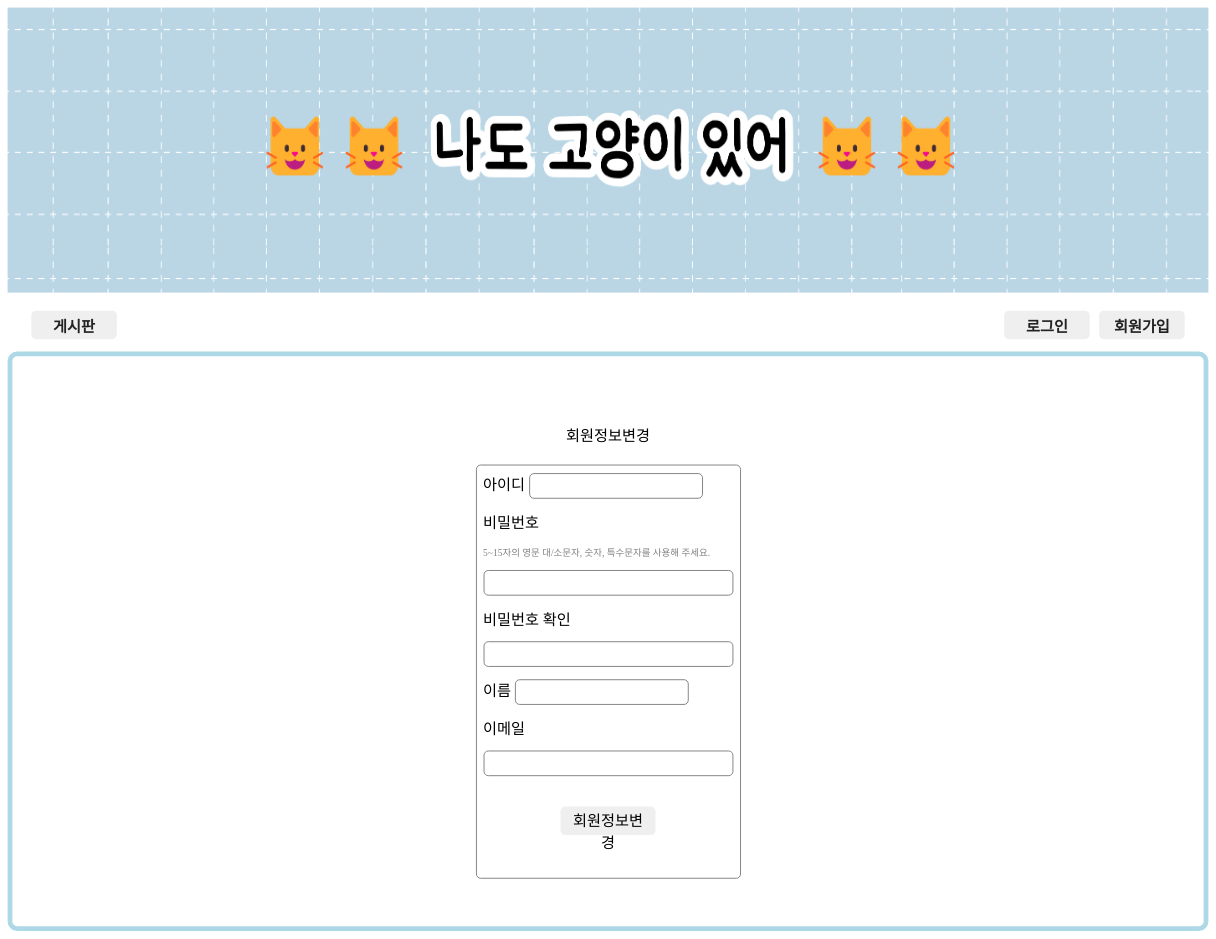
Repository: hh7711/Goit
Page: http://localhost/Goit/WEB-INF/views/memberInfoPage.jsp
An editor plug-in stored every save of this project. The page is shown before and after the next save, followed by the edit.
The browser window is 1280 px wide. The pictures show the whole page, at 95% of full size.
Some web fonts or font styles are not loaded; a fallback is used. The page is served by Tomcat 9. Nobody is signed in. The template is opened directly, without the code that normally fills it, so the values that code supplies are empty.

Above is the page before, as saved 2023-08-06 12:41:43.

After the next save:
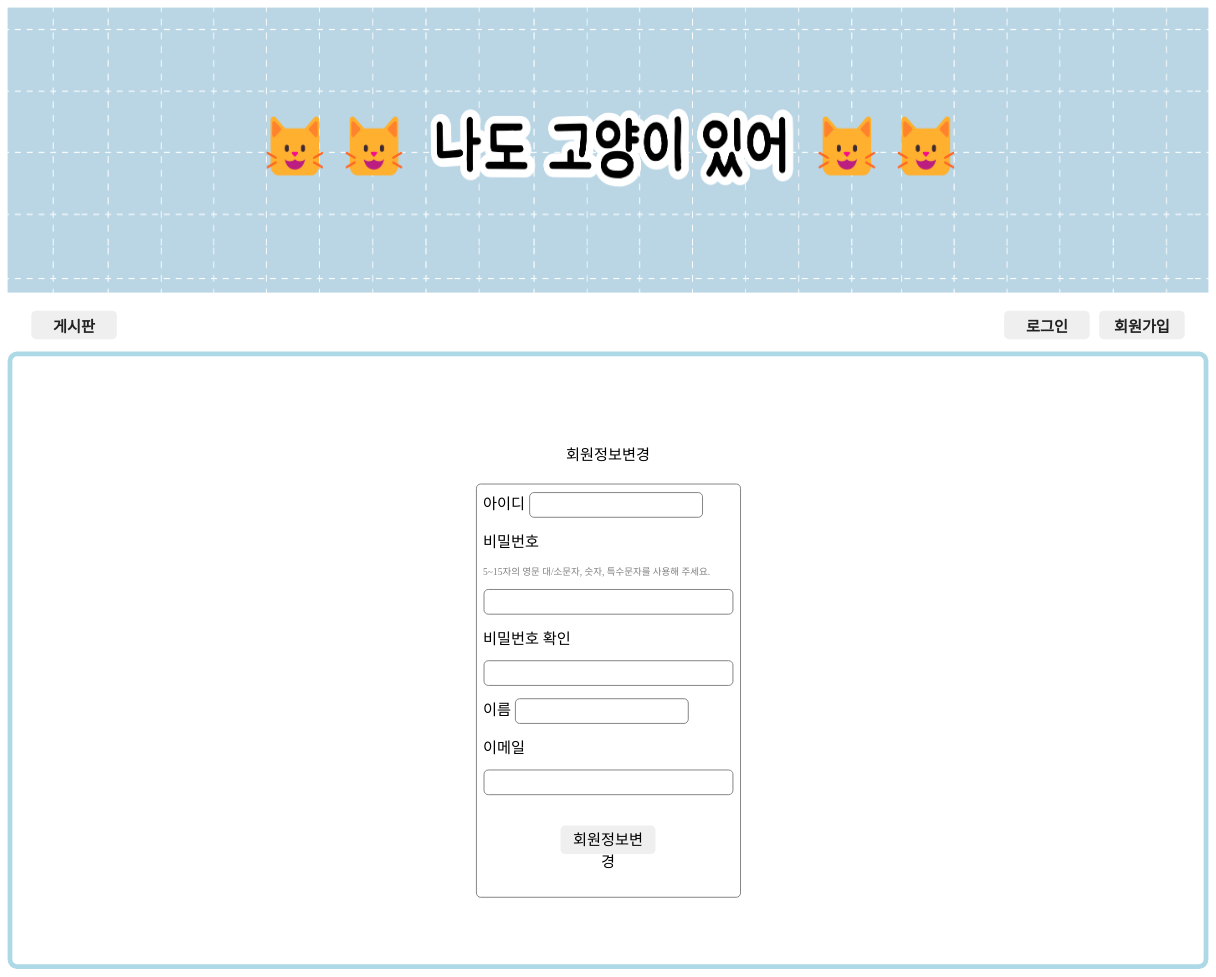
Saved 30 min 53 s later.
--- a/Goit/src/main/webapp/WEB-INF/views/memberInfoPage.jsp
+++ b/Goit/src/main/webapp/WEB-INF/views/memberInfoPage.jsp
@@ -19,6 +19,7 @@
 		#main1{
 			border: 5px solid lightblue;
 			border-radius: 10px;
+			padding: 20px;
 		}
 		.headBtnDiv{
 			margin-bottom: 30px; margin-top: 10px;
